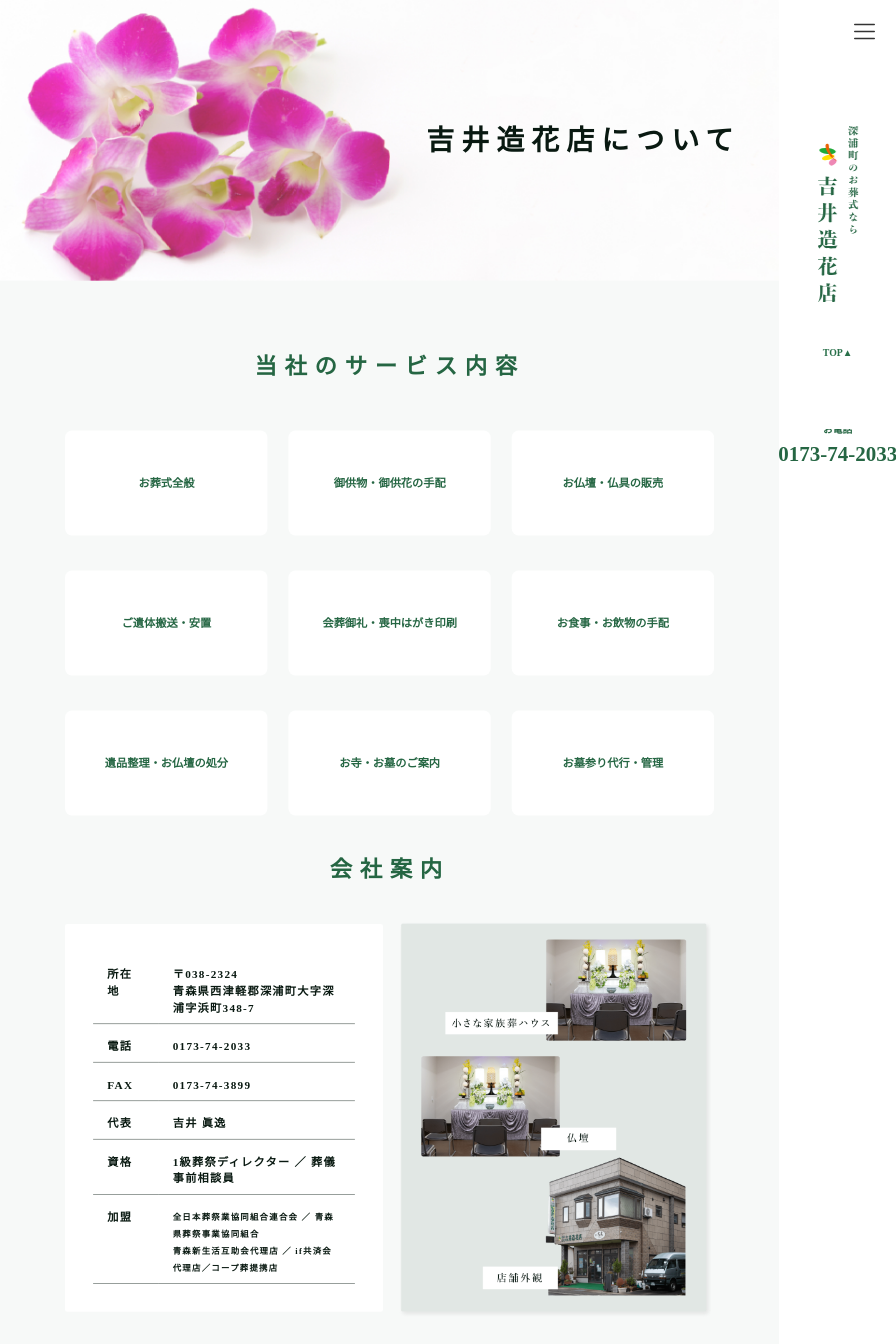
Repository: plus-agc-service-yamauchi/yoshii_scratch_ver3
Page: about.html
These files come from the project's save history. The page is drawn as it stood at one moment and after the next save; the edit follows.
The browser window is 1280 px wide. The pictures show the part of the page from y = 0 to 1920 px (the page is 3732 px tall), at 70% of full size.
Some web libraries are served in a nearby version. The style sheet was rebuilt from its Sass, Less or Tailwind sources for each picture, by a compiler version that may differ from the author's.

Above is the page before, as saved 2021-02-04 17:45:49.
Console error (its wording comes from the project's code and is left out).

After the next save:
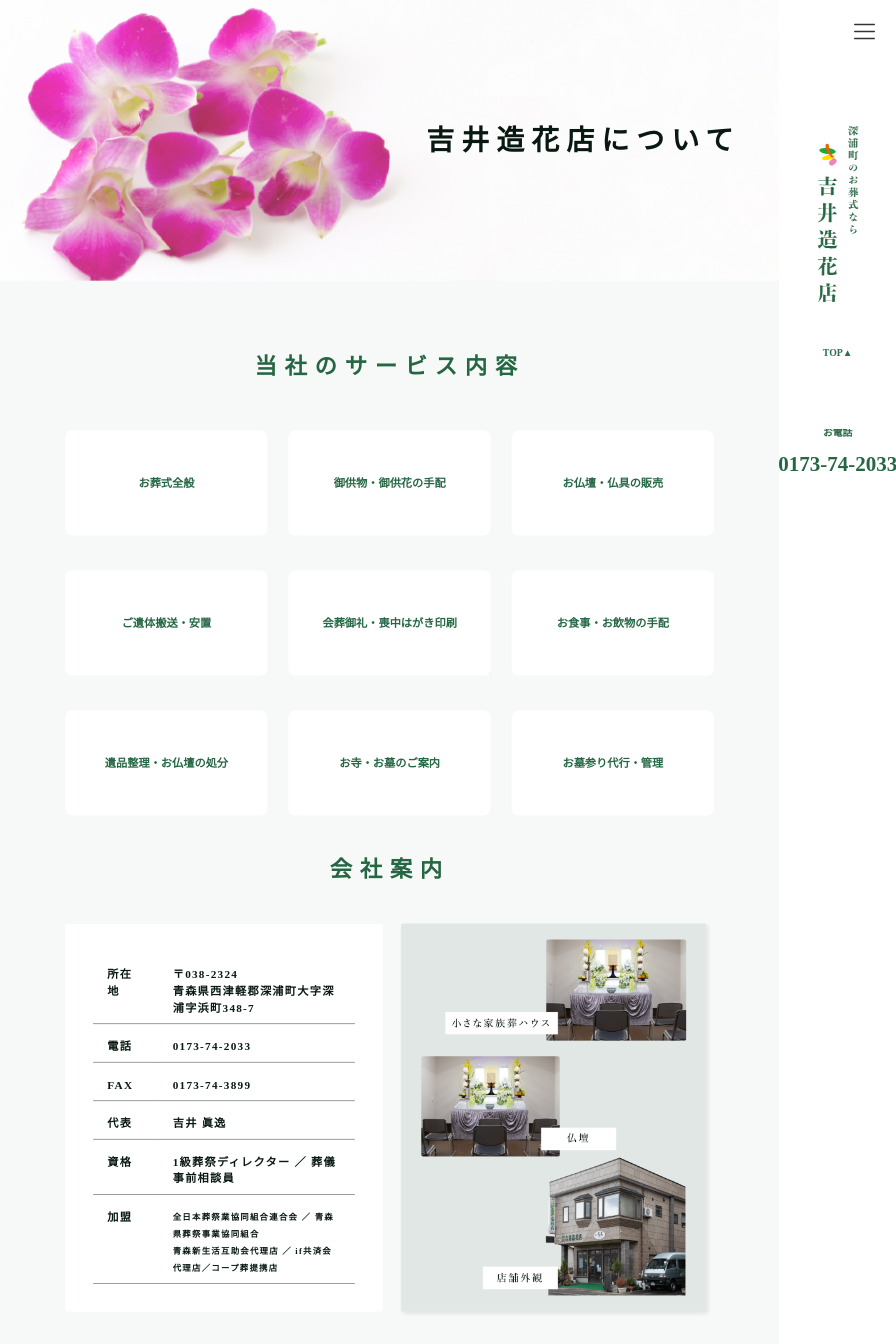
Saved 31 s later.
--- a/about.html
+++ b/about.html
@@ -266,7 +266,7 @@
                 <p id="pageTop"><a href="#">TOP▲</a></p>
                 <div class="sideFooter">
                     <span>お問い合わせはこちら</span>
-                    <span>お電話</span>
+                    <span style="margin:20px 0 10px 0;">お電話</span>
                     <p class="scale">
                         <a href="tel:0173-74-2033">0173-74-2033</a>
                     </p>
